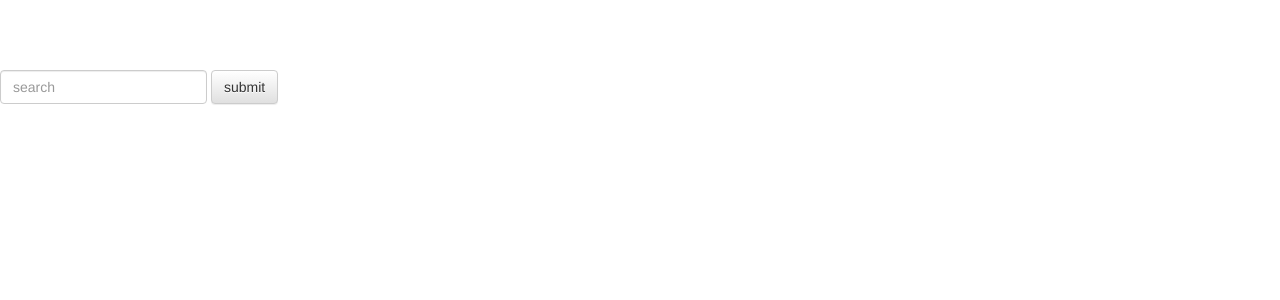
Repository: Echo-Jiang/Echo-Jiang.github.io
Page: test.6.html
The author's editor kept a record of every edit. The page is drawn from the files as they stood at one moment, then again after the next edit.
The browser window is 1280 px wide. The pictures show the whole page.

Above is the page before.

After the next edit:
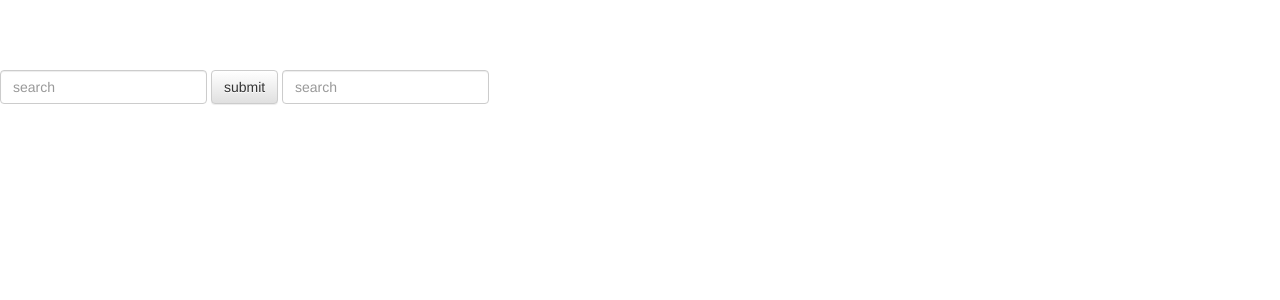
The edit:
--- a/test.6.html
+++ b/test.6.html
@@ -33,6 +33,10 @@
         <input type="search" class="form-control" id="search" placeHolder="search">
       </div>
       <button type="button" class="btn btn-default">submit</button>
+      <div class="form-group">
+        <label class="sr-only" for="exampleInputSearch">Search</label>
+        <input type="search" class="form-control" id="search" placeHolder="search">
+      </div>
       </form>
 
     <script src="js/jquery.min.js"></script>
